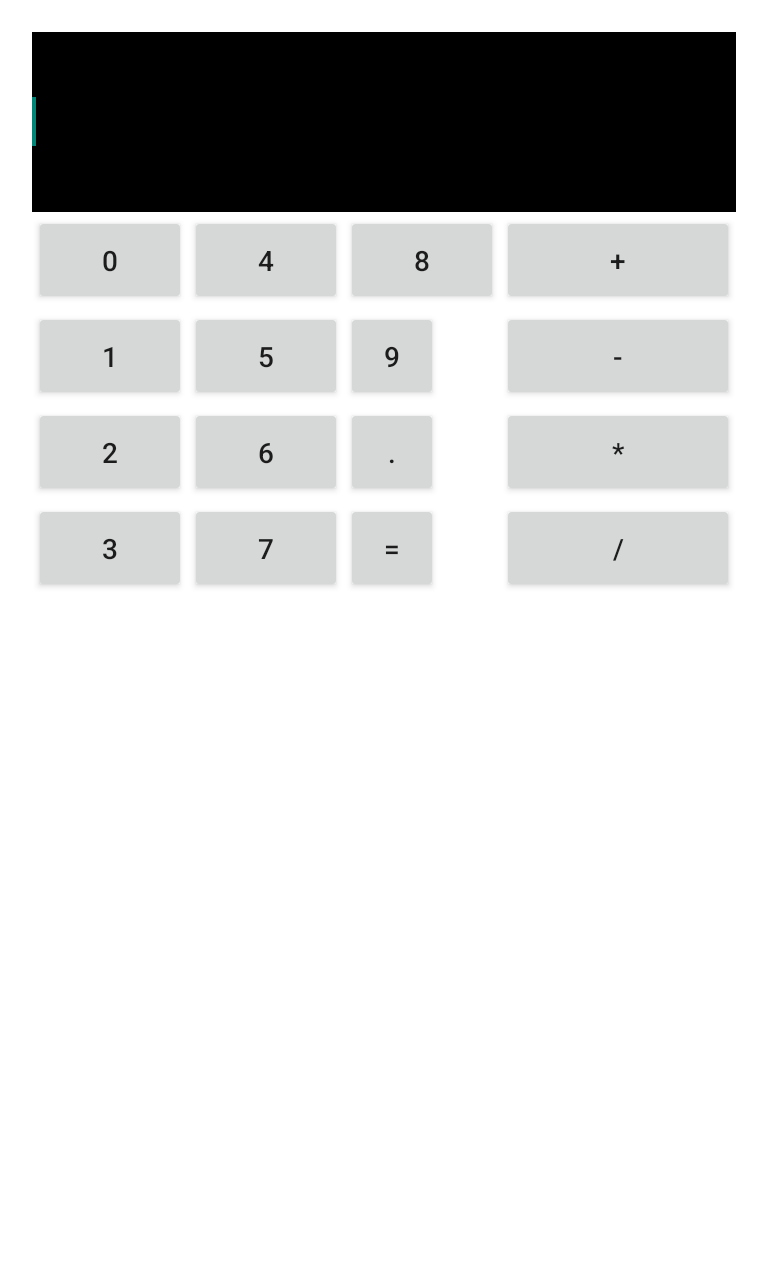
Repository: roopasree/new-pgm
Layout: Newapp/res/layout/ctivity3_main.xml
These files come from the project's save history. The layout is drawn as it stood at one moment and after the next save; the edit follows.
It is drawn on a 768 x 1280 px phone screen (xhdpi) without system bars, with theme AppTheme; the app's code is not run.

Above is the layout before, as saved 2015-02-16 05:51:15.

After the next save:
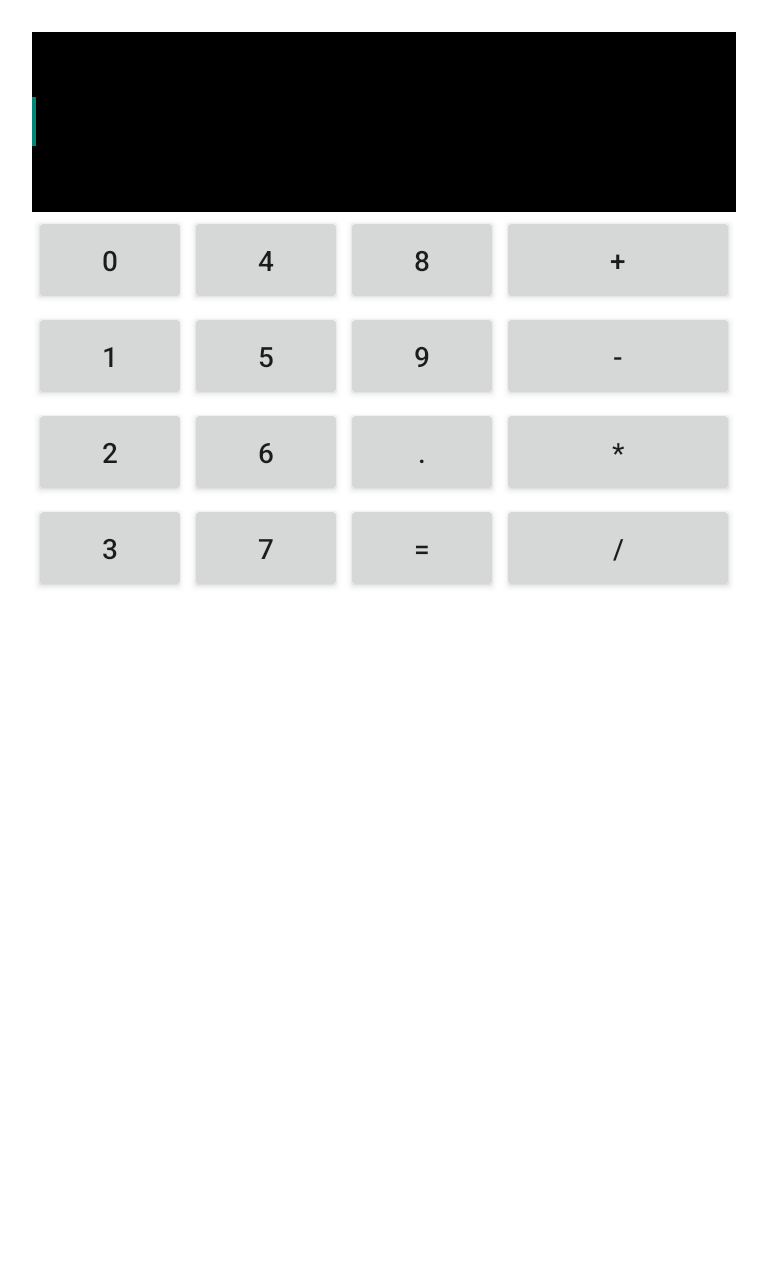
Saved 19 s later.
--- a/Newapp/res/layout/ctivity3_main.xml
+++ b/Newapp/res/layout/ctivity3_main.xml
@@ -127,21 +127,21 @@
             <Button
                 android:id="@+id/button10"
                 style="?android:attr/buttonStyleSmall"
-                android:layout_width="wrap_content"
+                android:layout_width="match_parent"
                 android:layout_height="wrap_content"
                 android:text="9" />
 
             <Button
                 android:id="@+id/button11"
                 style="?android:attr/buttonStyleSmall"
-                android:layout_width="wrap_content"
+                android:layout_width="match_parent"
                 android:layout_height="wrap_content"
                 android:text="." />
 
             <Button
                 android:id="@+id/button12"
                 style="?android:attr/buttonStyleSmall"
-                android:layout_width="wrap_content"
+                android:layout_width="match_parent"
                 android:layout_height="wrap_content"
                 android:text="=" />
 
